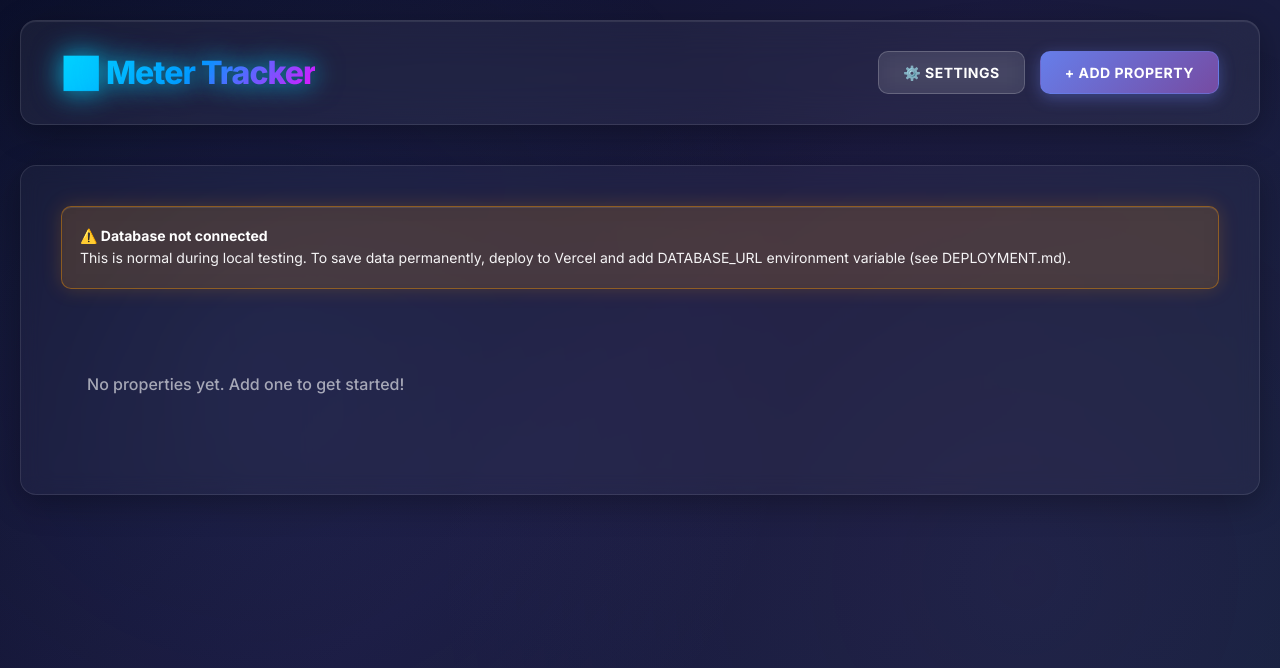
Repository: roshanreddy118/AI-Meter-Management
Page: /
These files come from the project's save history. The page is drawn as it stood at one moment and after the next save; the edit follows.
The browser window is 1280 px wide. The pictures show the whole page.
The page's requests for data from a server got no answer. The project was rebuilt for these pictures with package versions that can differ from the ones it lists, and the page was loaded fresh each time. The framework's server and built-in components were replaced by stand-ins that run in the browser. No one was signed in, and anything a server would have sent is missing. Also part of the build but not shown: next.config.js.

Above is the page before, as saved 2026-06-10 19:17:36.

After the next save:
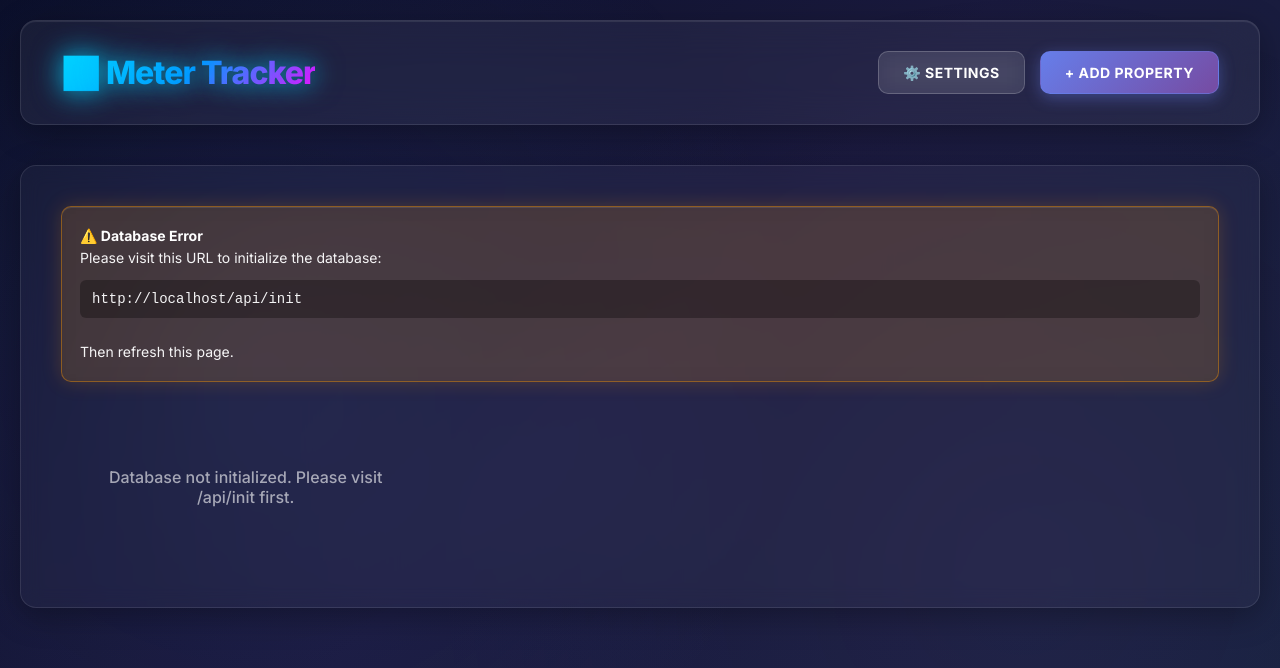
Saved 22 s later.
--- a/app/page.js
+++ b/app/page.js
@@ -283,73 +283,6 @@ export default function Home() {
 
   const selectedProperty = Array.isArray(properties) ? properties.find((p) => p.id === selectedPropertyId) : null;
 
-  // Show onboarding modal if needed
-  if (showOnboarding) {
-    return (
-      <div className="container">
-        <div className={`modal show`}>
-          <div className="modal-content" style={{ maxWidth: '600px' }}>
-            <h2>🏠 Welcome to Meter Tracker!</h2>
-
-            {houseNames && houseNames.length === 0 ? (
-              <>
-                <p style={{ marginBottom: '20px', fontSize: '16px', lineHeight: '1.6', color: 'rgba(255, 255, 255, 0.9)' }}>
-                  Let's set up your rental properties. How many houses/flats do you want to track?
-                </p>
-                <form onSubmit={handleStartOnboarding}>
-                  <input
-                    type="number"
-                    min="1"
-                    max="50"
-                    placeholder="Enter number of houses (1-50)"
-                    value={numHouses}
-                    onChange={(e) => setNumHouses(e.target.value)}
-                    required
-                    autoFocus
-                  />
-                  <button type="submit" className="btn btn-primary">
-                    Next
-                  </button>
-                </form>
-              </>
-            ) : houseNames && houseNames.length > 0 ? (
-              <>
-                <div style={{ marginBottom: '20px' }}>
-                  <p style={{ fontSize: '14px', color: 'rgba(255, 255, 255, 0.7)', marginBottom: '10px' }}>
-                    House {currentHouseIndex + 1} of {houseNames.length}
-                  </p>
-                  <div style={{ width: '100%', height: '4px', background: 'rgba(255, 255, 255, 0.2)', borderRadius: '2px', overflow: 'hidden' }}>
-                    <div style={{
-                      width: `${((currentHouseIndex + 1) / houseNames.length) * 100}%`,
-                      height: '100%',
-                      background: 'linear-gradient(90deg, #667eea, #764ba2)',
-                      transition: 'width 0.3s'
-                    }}></div>
-                  </div>
-                </div>
-
-                <form onSubmit={handleAddHouseName}>
-                  <label style={{ marginBottom: '10px' }}>Enter name for property {currentHouseIndex + 1}</label>
-                  <input
-                    type="text"
-                    placeholder={`e.g., House 1, Villa A, Flat 2B, Floor 3`}
-                    value={currentHouseName}
-                    onChange={(e) => setCurrentHouseName(e.target.value)}
-                    required
-                    autoFocus
-                  />
-                  <button type="submit" className="btn btn-primary">
-                    {currentHouseIndex === houseNames.length - 1 ? '✓ Complete Setup' : 'Next'}
-                  </button>
-                </form>
-              </>
-            ) : null}
-          </div>
-        </div>
-      </div>
-    );
-  }
-
   return (
     <div className="container">
       <header>
@@ -367,22 +300,32 @@ export default function Home() {
       <main>
         {!databaseConnected && (
           <div className="alert-warning">
-            <strong>⚠️ Database not connected</strong>
+            <strong>⚠️ Database Error</strong>
             <br/>
-            {typeof window !== 'undefined' && window.location.hostname === 'localhost' ? (
-              <>This is normal during local testing. To save data permanently, deploy to Vercel and add DATABASE_URL environment variable (see DEPLOYMENT.md).</>
-            ) : (
-              <>
-                Database connection failed. Please visit <strong>/api/init</strong> to initialize the database, then refresh.
-              </>
-            )}
+            Please visit this URL to initialize the database:
+            <br/>
+            <code style={{
+              background: 'rgba(0,0,0,0.3)',
+              padding: '8px 12px',
+              borderRadius: '6px',
+              display: 'block',
+              marginTop: '10px',
+              fontFamily: 'monospace'
+            }}>
+              {typeof window !== 'undefined' ? window.location.origin : 'your-app'}/api/init
+            </code>
+            <br/>
+            Then refresh this page.
           </div>
         )}
+
         <div className="properties-grid">
           {loading ? (
             <p className="loading">Loading properties...</p>
+          ) : !databaseConnected ? (
+            <p className="loading">Database not initialized. Please visit /api/init first.</p>
           ) : properties.length === 0 ? (
-            <p className="loading">No properties yet. Add one to get started!</p>
+            <p className="loading">No properties yet. Click "+ Add Property" to get started!</p>
           ) : (
             properties.map((prop) => (
               <div
